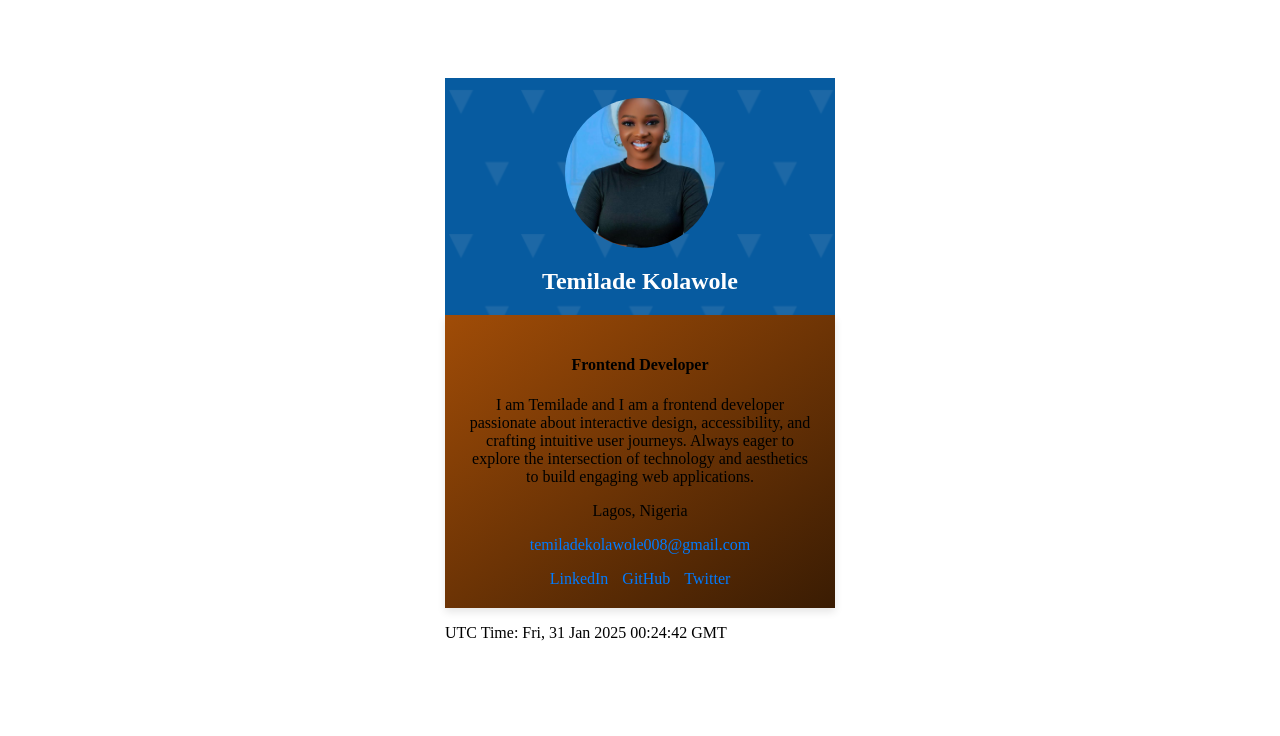
Repository: KolawoleTemilade/ticket-guarantor
Page: profilecard/index..html
The author's editor kept a copy of each file at every save. The page is drawn from the files as they stood at one save, then again after a run of saves.
The browser window is 1280 px wide. The pictures show the whole page.

Above is the page before, as saved 2025-02-04 17:22:51.

### profilecard/index..html
<!DOCTYPE html>
<html lang="en">
<head>
    <meta charset="UTF-8">
    <meta name="viewport" content="width=device-width, initial-scale=1.0">
    <title>Profile Card</title>
    <link rel="stylesheet" href="style.css">
</head>
<body>
    <section >
        <div class="background" style="background-image: url('./asset/bgo.svg');">
            <img src="./asset/profile.jpg" alt="Profile Picture" data-testid="profilePicture">
            <h2 class="fullname" data-testid="fullName">Temilade Kolawole</h2>
        </div>
        <div class="card" >
        <h4 data-testid="jobTitle">Frontend Developer</h4>
        <p data-testid="shortBio">
            I am Temilade and I am a frontend developer passionate about interactive design,
            accessibility, and crafting intuitive user journeys. Always eager to explore
            the intersection of technology and aesthetics to build engaging web applications.
        </p>
        <p data-testid="currentLocation">Lagos, Nigeria</p>
        <p data-testid="emailAddress">
            <a href="mailto:temiladekolawole008@gmail.com" target="_blank">
                temiladekolawole008@gmail.com
            </a>
        </p>
        <div class="social-links" data-testid="socialLinks">
            <a href="https://linkedin.com/in/temiladekolawole13" target="_blank">LinkedIn</a>
            <a href="https://github.com/kolawoleTemilade" target="_blank">GitHub</a>
            <a href="https://twitter.com/temmie415" target="_blank">Twitter</a>
        </div>
    </div>
        <p data-testid="currentTimeUTC" id="utcTime"></p>
    </section>

    <script>
        // Update UTC time every second
        function updateTime() {
            const utcTime = new Date().toUTCString();
            document.getElementById('utcTime').textContent = `UTC Time: ${utcTime}`;
        }

        // Initial call and set interval
        updateTime();
        setInterval(updateTime, 1000);
    </script>
</body>
</html>

### profilecard/style.css
body {
  display: flex;
  align-items: center;
  justify-content: center;
  height: 100vh;
}

.card {
  background: #fff;
  padding: 20px;
  /* border-radius: 10px; */
  box-shadow: 0 4px 8px rgba(0, 0, 0, 0.1);
  text-align: center;
  max-width: 350px;
  width: 100%;
  background: linear-gradient(145deg, #A04C07, #3A1C03);
}
.background {
  width: 100%;
  padding: 0;
  display: flex;
  flex-direction: column;
  justify-content: center;
  align-items: center;
}
img {
  width: 150px;
  height: 150px;
  border-radius: 50%;
  object-fit: cover;
  margin-top: 20px;
}
a {
  margin: 0 5px;
  text-decoration: none;
  color: #007bff;
}
.fullname {
  color: #fff;
}

After the next 4 saves:
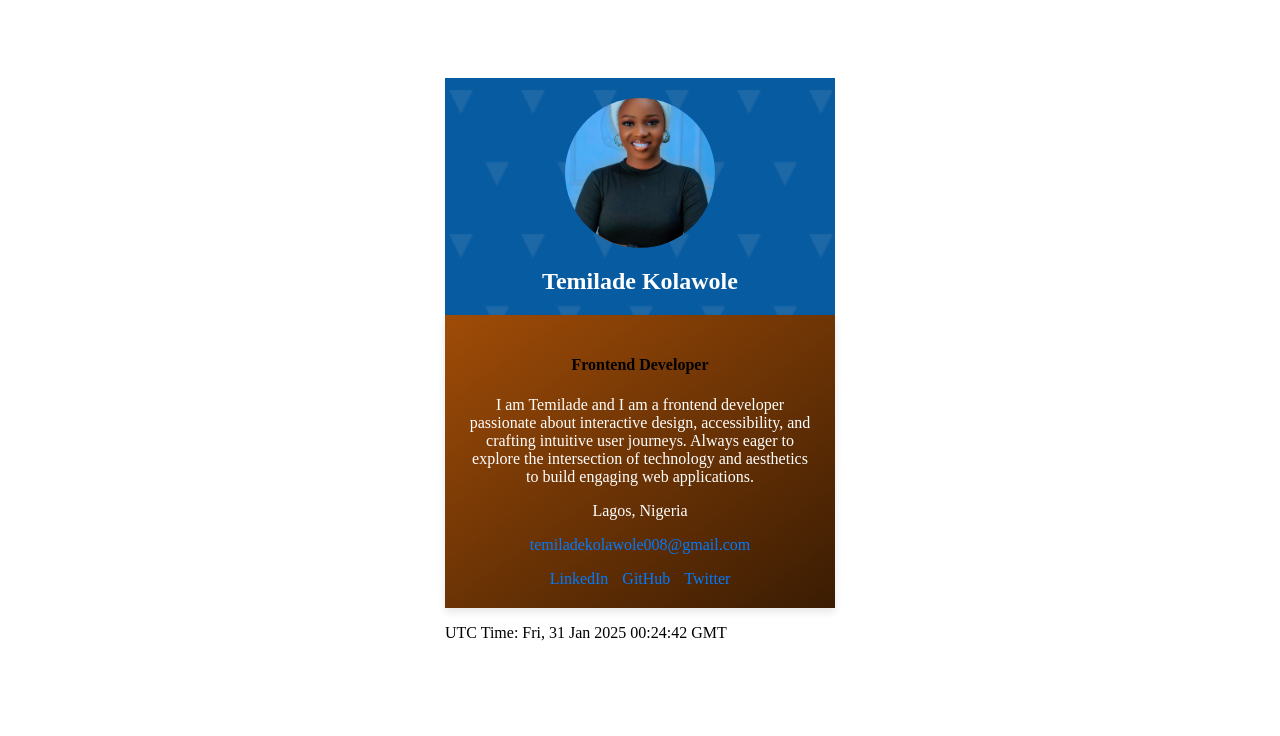
The 4 saves are shown as one change because they came seconds apart.
The last was saved 27 s later.
--- a/profilecard/style.css
+++ b/profilecard/style.css
@@ -14,6 +14,9 @@
   max-width: 350px;
   width: 100%;
   background: linear-gradient(145deg, #A04C07, #3A1C03);
+}
+.card p{
+  color: #fff;
 }
 .background {
   width: 100%;

After the save that followed:
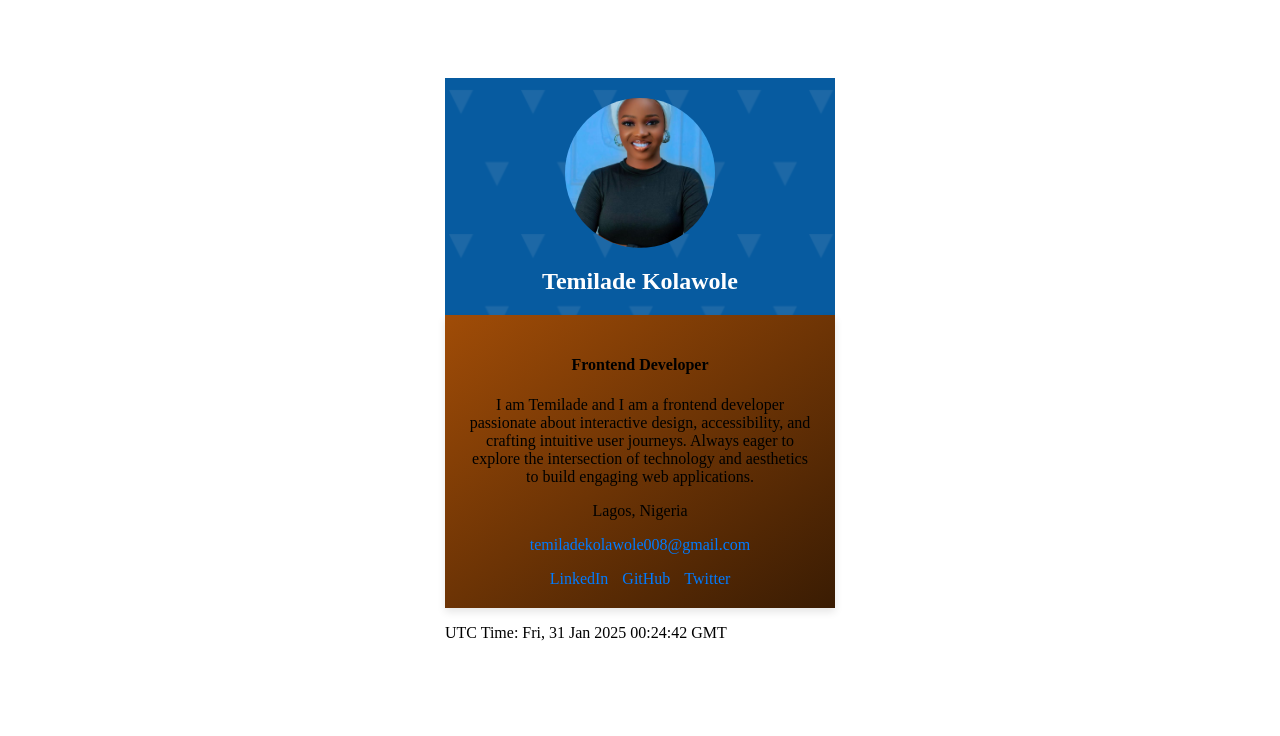
Saved 48 s later.
--- a/profilecard/style.css
+++ b/profilecard/style.css
@@ -15,7 +15,7 @@
   width: 100%;
   background: linear-gradient(145deg, #A04C07, #3A1C03);
 }
-.card p{
+.card p, {
   color: #fff;
 }
 .background {
